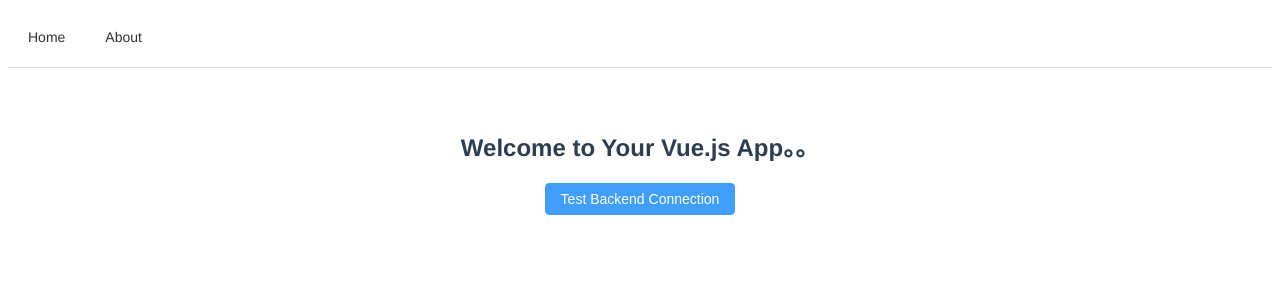
Repository: qqqq121114/se_417
Page: / (app in client/)
An editor plug-in stored every save of this project. The page is shown before and after the next save, followed by the edit.
The browser window is 1280 px wide. The pictures show the whole page.
The project was rebuilt for these pictures with package versions that can differ from the ones it lists, and the page was loaded fresh each time. Also part of the build but not shown: client/vite.config.js.

Above is the page before, as saved 2024-12-07 22:31:45.

### client/src/main.js
import { createApp } from 'vue'
import { createPinia } from 'pinia'
import ElementPlus from 'element-plus'
import 'element-plus/dist/index.css'
import App from './App.vue'
import router from './router'

const app = createApp(App)

app.use(createPinia())
app.use(router)
app.use(ElementPlus)

app.mount('#app')

### client/src/App.vue
<template>
  <div id="app">
    <el-container>
      <el-header>
        <el-menu mode="horizontal" router>
          <el-menu-item index="/">Home</el-menu-item>
          <el-menu-item index="/about">About</el-menu-item>
        </el-menu>
      </el-header>
      <el-main>
        <router-view></router-view>
      </el-main>
    </el-container>
  </div>
</template>

<script setup>
import { ElContainer, ElHeader, ElMain, ElMenu, ElMenuItem } from 'element-plus'
import 'element-plus/dist/index.css'
</script>

<style>
#app {
  font-family: Avenir, Helvetica, Arial, sans-serif;
  -webkit-font-smoothing: antialiased;
  -moz-osx-font-smoothing: grayscale;
  color: #2c3e50;
}

.el-header {
  padding: 0;
}

.el-main {
  padding: 20px;
}
</style>

### client/src/router/index.js
import { createRouter, createWebHistory } from 'vue-router'
import Home from '../views/Home.vue'

const routes = [
  {
    path: '/',
    name: 'Home',
    component: Home
  },
  {
    path: '/about',
    name: 'About',
    component: () => import('../views/About.vue')
  }
]

const router = createRouter({
  history: createWebHistory(),
  routes
})

export default router

### client/src/views/Home.vue
<template>
  <div class="home">
    <h1>Welcome to Your Vue.js App。。</h1>
    <el-button type="primary" @click="testBackend">Test Backend Connection</el-button>
    <p v-if="message">{{ message }}</p>
  </div>
</template>

<script setup>
import { ref } from 'vue'
import axios from 'axios'

const message = ref('')

const testBackend = async () => {
  try {
    const response = await axios.get('http://localhost:3000')
    message.value = response.data.message
  } catch (error) {
    message.value = 'Error connecting to backend'
    console.error('Error:', error)
  }
}
</script>

<style scoped>
.home {
  padding: 20px;
  text-align: center;
}
</style>

Loaded but not shown: client/index.html (common file)

After the next save:
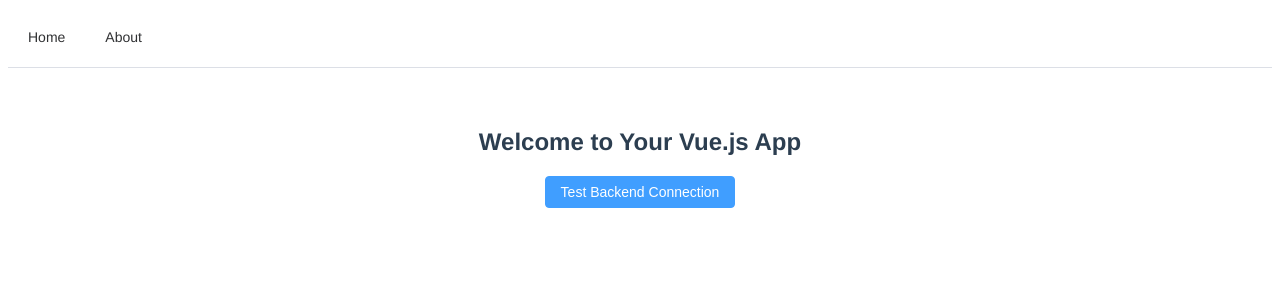
Saved 35 s later.
--- a/client/src/views/Home.vue
+++ b/client/src/views/Home.vue
@@ -1,6 +1,6 @@
 <template>
   <div class="home">
-    <h1>Welcome to Your Vue.js App。。</h1>
+    <h1>Welcome to Your Vue.js App</h1>
     <el-button type="primary" @click="testBackend">Test Backend Connection</el-button>
     <p v-if="message">{{ message }}</p>
   </div>
